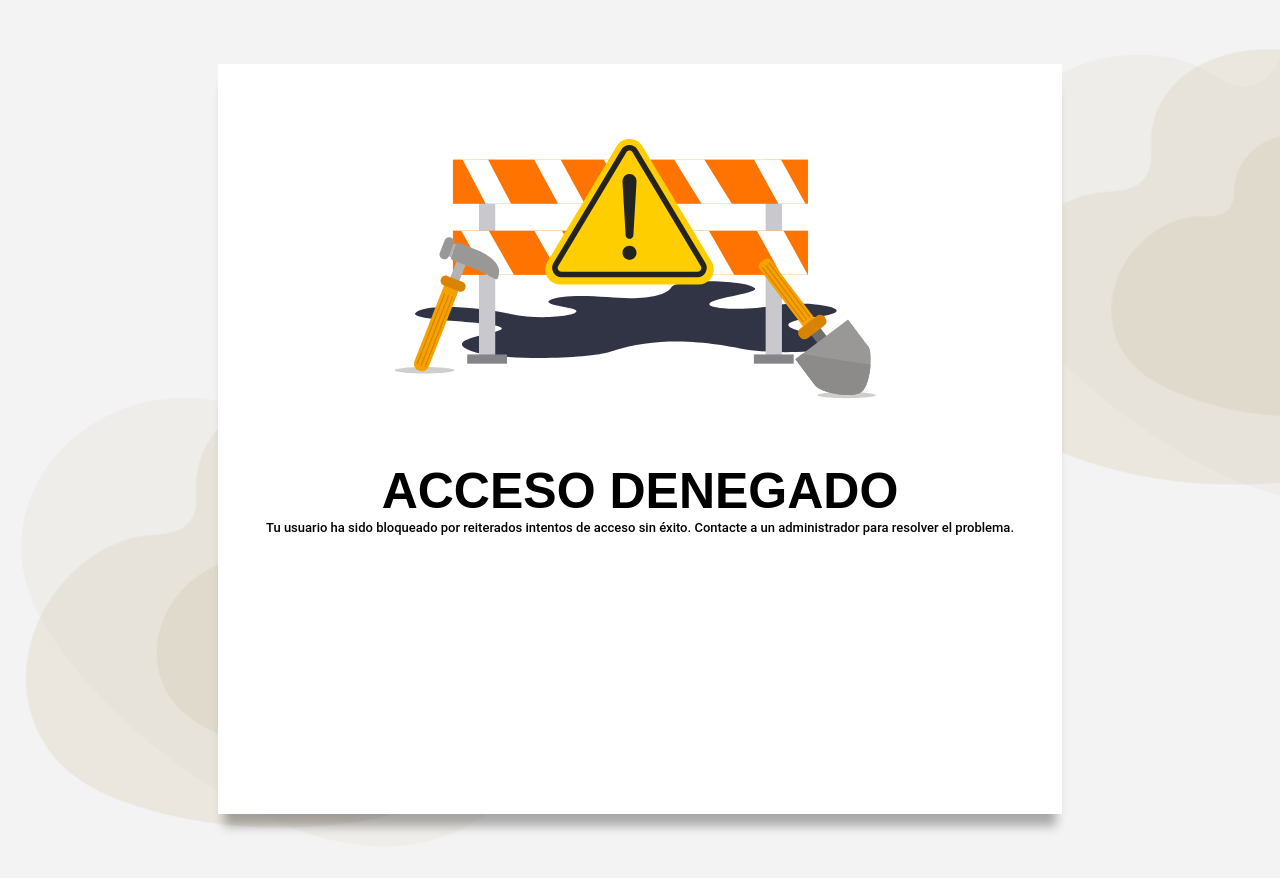
Repository: AlejandraBarrachina23/TPIntegrador_Barrachina_Java
Page: http://localhost/Alejandra_Barrachina_TP_Integrador1/error404.jsp
An editor plug-in stored every save of this project. The page is shown before and after the next save, followed by the edit.
The browser window is 1280 px wide. The pictures show the whole page.
Some web libraries are served in a nearby version. The page is served by Tomcat 9. Nobody is signed in. The application's start-up code is not run.

Above is the page before, as saved 2019-12-04 22:08:21.

After the next save:
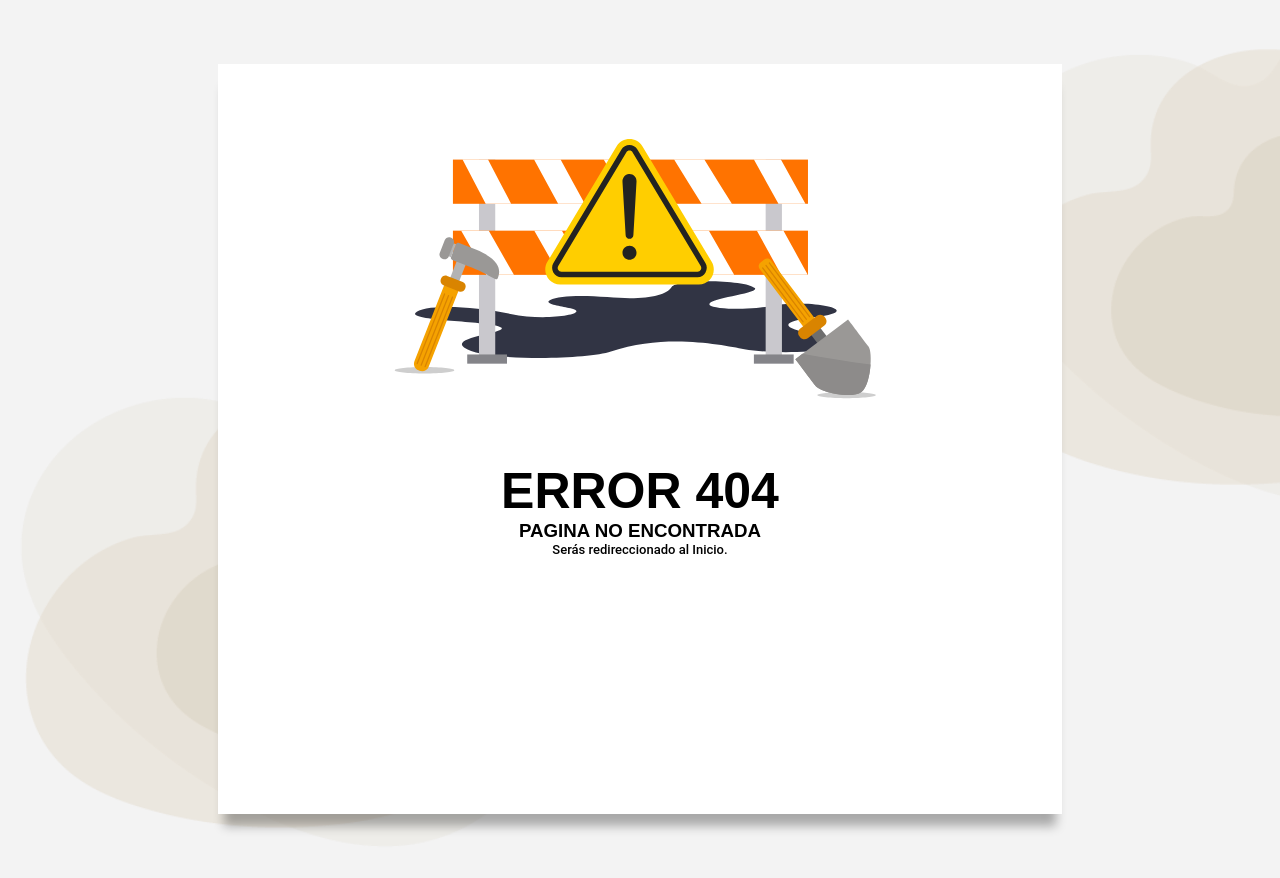
Saved 48 s later.
--- a/Alejandra_Barrachina_TP_Integrador1/WebContent/error404.jsp
+++ b/Alejandra_Barrachina_TP_Integrador1/WebContent/error404.jsp
@@ -13,8 +13,9 @@
 
 <div id="error-404">
 		<img src="img/404.svg" alt="icono-advertencia" class="">
-		<h2>ACCESO DENEGADO</h2>
-		<p>Tu usuario ha sido bloqueado por reiterados intentos de acceso sin éxito. Contacte a un administrador para resolver el problema.</p>
+		<h2>ERROR 404</h2>
+		<h3>PAGINA NO ENCONTRADA</h3>
+		<p>Serás redireccionado al Inicio.</p>
 </div>
 
 </body>
